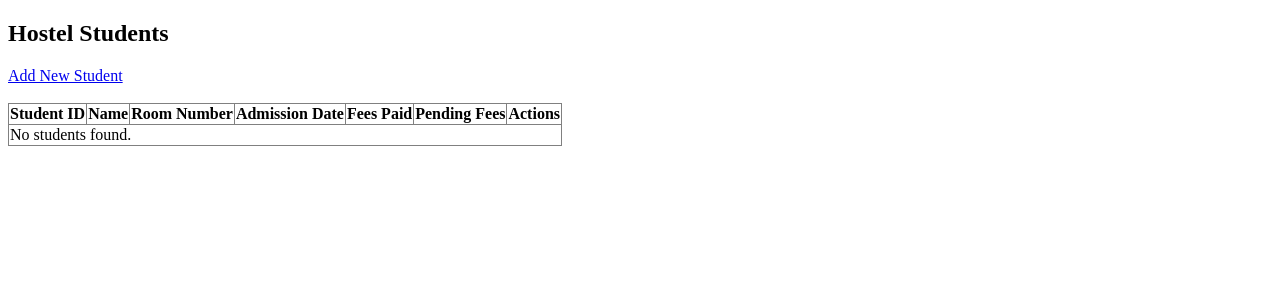
Repository: Keerthana2M/Hostel-Management-system
Page: http://localhost/Hostelweb/DisplayStudentsServlet
An editor plug-in stored every save of this project. The page is shown before and after the next save, followed by the edit.
The browser window is 1280 px wide. The pictures show the whole page.
The page is served by Tomcat 9. Other server files are loaded and not shown. Queries for data that is not in the repository find no rows.

Above is the page before, as saved 2025-05-28 13:16:19.

### Hostelweb/src/main/webapp/studentdisplay.jsp
<%@ page language="java" contentType="text/html; charset=UTF-8"
	pageEncoding="UTF-8"%>
<%@ page import="java.util.List"%>
<%@ page import="com.model.student"%>

<!DOCTYPE html>
<html>
<head>
<title>Student List</title>
</head>
<body>
	<h2>Hostel Students</h2>
	<a href="studentadd.jsp">Add New Student</a>
	<br>
	<br>

	<table border="1" style="border-collapse: collapse; padding: 8px;">
		<tr>
			<th>Student ID</th>
			<th>Name</th>
			<th>Room Number</th>
			<th>Admission Date</th>
			<th>Fees Paid</th>
			<th>Pending Fees</th>
			<th>Actions</th>
			<!-- Add Actions column -->
		</tr>

		<%
    List<student> students = (List<student>) request.getAttribute("studentsList");
    if (students != null && !students.isEmpty()) {
      for (student s : students) {
  %>
		<tr>
			<td><%= s.getId() %></td>
			<td><%= s.getName() %></td>
			<td><%= s.getRoomNumber() %></td>
			<td><%= s.getAdmissionDate() %></td>
			<td><%= s.getFeesPaid() %></td>
			<td><%= s.getPendingFees() %></td>
			<td>
				<!-- This link passes the student ID --> <a
				href="updatestudent.jsp?id=<%= s.getId() %>">Update</a>
			</td>
		</tr>
		<%
      }
    } else {
  %>
		<tr>
			<td colspan="7">No students found.</td>
		</tr>
		<%
    }
  %>
	</table>
</body>
</html>

### Hostelweb/src/main/java/com/servlet/DisplayStudentsServlet.java
package com.servlet;

import com.dao.HostelDAO;
import com.model.student;

import javax.servlet.RequestDispatcher;
import javax.servlet.ServletException;
import javax.servlet.annotation.WebServlet;
import javax.servlet.http.*;
import java.io.IOException;
import java.sql.SQLException;
import java.util.List;

@WebServlet("/DisplayStudentsServlet")
public class DisplayStudentsServlet extends HttpServlet {
    private static final long serialVersionUID = 1L;

    private HostelDAO hostelDAO;

    @Override
    public void init() {
        hostelDAO = new HostelDAO();
    }

    @Override
    protected void doGet(HttpServletRequest request, HttpServletResponse response)
            throws ServletException, IOException {
        try {
            List<student> students = hostelDAO.getAllStudents();
            request.setAttribute("studentsList", students);
        } catch (SQLException e) {
            e.printStackTrace();
            request.setAttribute("errorMessage", "Error retrieving students from database.");
        }

        RequestDispatcher dispatcher = request.getRequestDispatcher("studentdisplay.jsp");
        dispatcher.forward(request, response);
    }
}

After the next save:
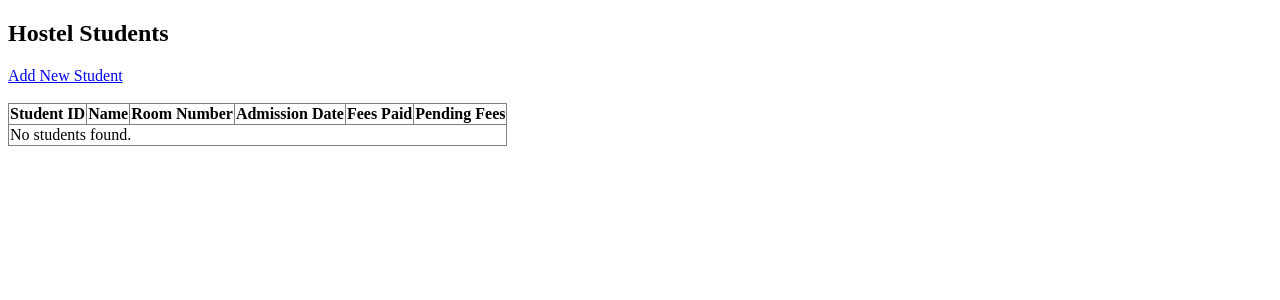
Saved 2 min 25 s later.
--- a/Hostelweb/src/main/webapp/studentdisplay.jsp
+++ b/Hostelweb/src/main/webapp/studentdisplay.jsp
@@ -1,58 +1,50 @@
-<%@ page language="java" contentType="text/html; charset=UTF-8"
-	pageEncoding="UTF-8"%>
-<%@ page import="java.util.List"%>
-<%@ page import="com.model.student"%>
+<%@ page language="java" contentType="text/html; charset=UTF-8" pageEncoding="UTF-8"%>
+<%@ page import="java.util.List" %>
+<%@ page import="com.model.student" %>
 
 <!DOCTYPE html>
 <html>
 <head>
-<title>Student List</title>
+  <title>Student List</title>
 </head>
 <body>
-	<h2>Hostel Students</h2>
-	<a href="studentadd.jsp">Add New Student</a>
-	<br>
-	<br>
+<h2>Hostel Students</h2>
+<a href="studentadd.jsp">Add New Student</a><br><br>
 
-	<table border="1" style="border-collapse: collapse; padding: 8px;">
-		<tr>
-			<th>Student ID</th>
-			<th>Name</th>
-			<th>Room Number</th>
-			<th>Admission Date</th>
-			<th>Fees Paid</th>
-			<th>Pending Fees</th>
-			<th>Actions</th>
-			<!-- Add Actions column -->
-		</tr>
+<table border="1" style="border-collapse: collapse; padding: 8px;">
 
-		<%
+  <tr>
+    <th>Student ID</th>
+    <th>Name</th>
+    <th>Room Number</th>
+    <th>Admission Date</th>
+    <th>Fees Paid</th>
+    <th>Pending Fees</th>
+  </tr>
+
+  <%
     List<student> students = (List<student>) request.getAttribute("studentsList");
     if (students != null && !students.isEmpty()) {
       for (student s : students) {
   %>
-		<tr>
-			<td><%= s.getId() %></td>
-			<td><%= s.getName() %></td>
-			<td><%= s.getRoomNumber() %></td>
-			<td><%= s.getAdmissionDate() %></td>
-			<td><%= s.getFeesPaid() %></td>
-			<td><%= s.getPendingFees() %></td>
-			<td>
-				<!-- This link passes the student ID --> <a
-				href="updatestudent.jsp?id=<%= s.getId() %>">Update</a>
-			</td>
-		</tr>
-		<%
+  <tr>
+    <td><%= s.getId() %></td>
+    <td><%= s.getName() %></td>
+    <td><%= s.getRoomNumber() %></td>
+    <td><%= s.getAdmissionDate() %></td>
+    <td><%= s.getFeesPaid() %></td>
+    <td><%= s.getPendingFees() %></td>
+  </tr>
+  <%
       }
     } else {
   %>
-		<tr>
-			<td colspan="7">No students found.</td>
-		</tr>
-		<%
+  <tr>
+    <td colspan="6">No students found.</td>
+  </tr>
+  <%
     }
   %>
-	</table>
+</table>
 </body>
 </html>
